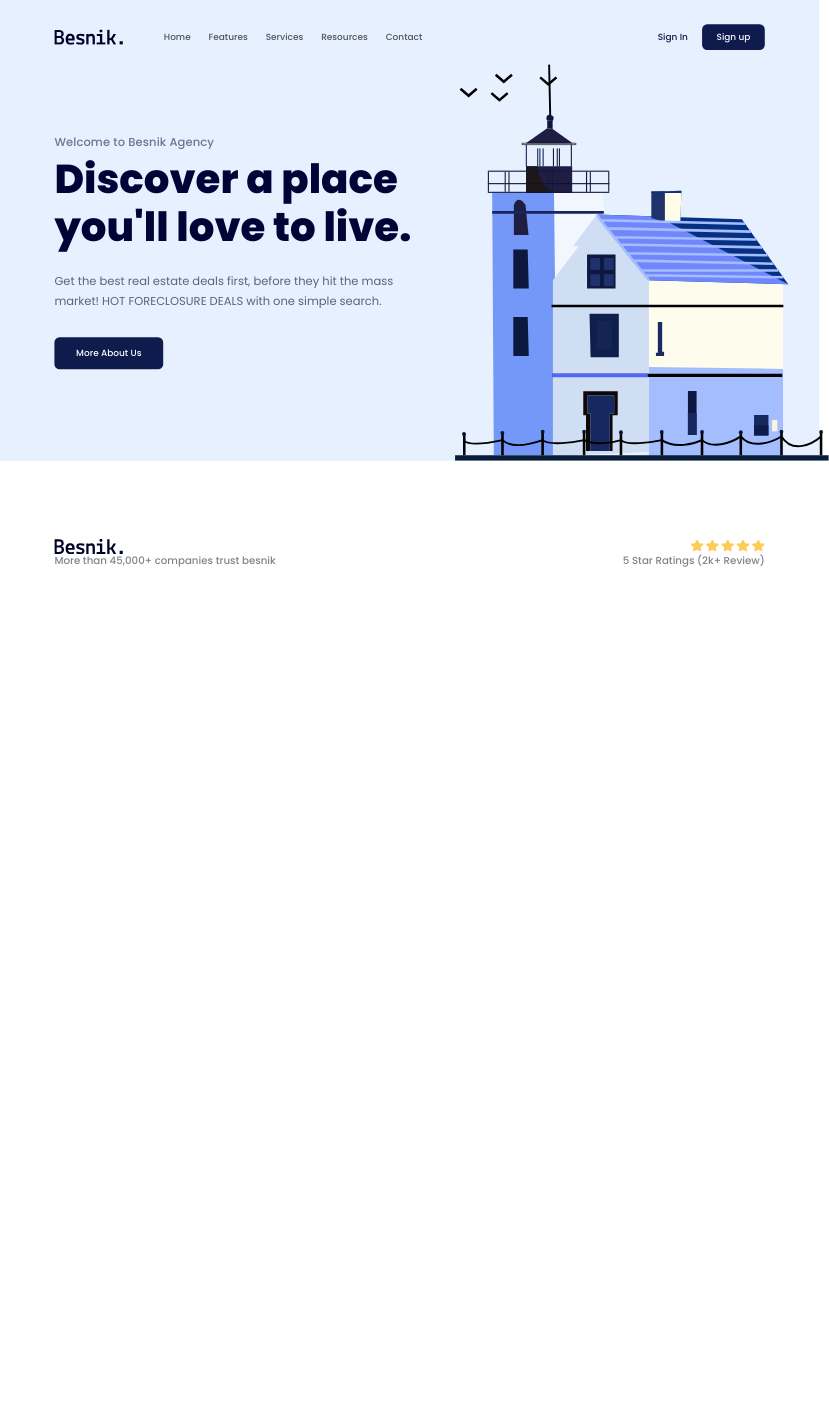
Repository: jessicapaa/F8-Project-01
Page: index.html
An editor plug-in stored every save of this project. The page is shown before and after the next save, followed by the edit.
The browser window is 1280 px wide. The page is 1295 px wide, so the pictures cover 1295 px, including what lies to the right of the window. The pictures show the whole page, at 64% of full size.

Above is the page before, as saved 2024-03-08 09:20:08.

### index.html
<!DOCTYPE html>
<html lang="en">

<head>
    <meta charset="UTF-8">
    <meta name="viewport" content="width=device-width, initial-scale=1.0">
    <title>F8-Project-01</title>
    <link rel="stylesheet" href="./assets/css/reset.css">
    <link rel="stylesheet" href="./assets/fonts/stylesheet.css">
    <link rel="stylesheet" href="./assets/css/styles.css">
</head>

<body>
    <!-- main -->
    <main style="height: 2200px;">

        <!-- header -->
        <header class="header">
            <div class="content">
                <nav class="navbar">
                    <!-- logo -->
                    <img src="./assets/img/logo.svg" alt="Besnik.">

                    <!-- navigation -->
                    <ul>
                        <li><a href="#!">Home</a></li>
                        <li><a href="#!">Features</a></li>
                        <li><a href="#!">Services</a></li>
                        <li><a href="#!">Resources</a></li>
                        <li><a href="#!">Contact</a></li>
                    </ul>

                    <!-- Action -->
                    <div class="actions">
                        <a href="#!" class="action-link">Sign In</a>
                        <a href="#!" class="btn action-btn">Sign up</a>
                    </div>
                </nav>
                <div class="hero">
                    <!-- info  -->
                    <div class="info">
                        <p class="sub-title">Welcome to Besnik Agency</p>
                        <h1 class="title">
                            Discover a place you'll love to live.
                        </h1>
                        <p class="desc">Get the best real estate deals first,
                            before they hit the mass market! HOT FORECLOSURE DEALS with one simple search.</p>
                        <a href="#!" class="btn hero-btn">More About Us</a>
                    </div>

                    <!-- img  -->
                    <img src="./assets/img/hero-img.svg" class="hero-img" alt="Discover a place you'll love to live.">
                </div>
            </div>
        </header>
        <!-- Clients -->
        <div class="clients">
            <div class="content">
                <div class="row">
                    <img src="./assets/img/logo.svg" alt="Besnik.">

                    <!-- Stars -->
                    <div class="stars">
                        <img src="./assets/img/Star.svg" alt="Stars">
                    </div>
                </div>
                <div class="row">
                    <p class="desc">More than 45,000+ companies trust besnik</p>
                    <p class="desc">5 Star Ratings (2k+ Review)</p>
                </div>
            </div>
        </div>
    </main>
</body>

</html>

### assets/fonts/stylesheet.css
@font-face {
    font-family: "Poppins";
    src: url("Poppins/Poppins-BlackItalic.woff2") format("woff2"),
        url("Poppins/Poppins-BlackItalic.woff") format("woff");
    font-weight: 900;
    font-style: italic;
    font-display: swap;
}

@font-face {
    font-family: "Poppins";
    src: url("Poppins/Poppins-Black.woff2") format("woff2"),
        url("Poppins/Poppins-Black.woff") format("woff");
    font-weight: 900;
    font-style: normal;
    font-display: swap;
}

@font-face {
    font-family: "Poppins";
    src: url("Poppins/Poppins-BoldItalic.woff2") format("woff2"),
        url("Poppins/Poppins-BoldItalic.woff") format("woff");
    font-weight: bold;
    font-style: italic;
    font-display: swap;
}

@font-face {
    font-family: "Poppins";
    src: url("Poppins/Poppins-ExtraBold.woff2") format("woff2"),
        url("Poppins/Poppins-ExtraBold.woff") format("woff");
    font-weight: bold;
    font-style: normal;
    font-display: swap;
}

@font-face {
    font-family: "Poppins";
    src: url("Poppins/Poppins-ExtraBoldItalic.woff2") format("woff2"),
        url("Poppins/Poppins-ExtraBoldItalic.woff") format("woff");
    font-weight: bold;
    font-style: italic;
    font-display: swap;
}

@font-face {
    font-family: "Poppins";
    src: url("Poppins/Poppins-ExtraLight.woff2") format("woff2"),
        url("Poppins/Poppins-ExtraLight.woff") format("woff");
    font-weight: 200;
    font-style: normal;
    font-display: swap;
}

@font-face {
    font-family: "Poppins";
    src: url("Poppins/Poppins-ExtraLightItalic.woff2") format("woff2"),
        url("Poppins/Poppins-ExtraLightItalic.woff") format("woff");
    font-weight: 200;
    font-style: italic;
    font-display: swap;
}

@font-face {
    font-family: "Poppins";
    src: url("Poppins/Poppins-Light.woff2") format("woff2"),
        url("Poppins/Poppins-Light.woff") format("woff");
    font-weight: 300;
    font-style: normal;
    font-display: swap;
}

@font-face {
    font-family: "Poppins";
    src: url("Poppins/Poppins-Italic.woff2") format("woff2"),
        url("Poppins/Poppins-Italic.woff") format("woff");
    font-weight: normal;
    font-style: italic;
    font-display: swap;
}

@font-face {
    font-family: "Poppins";
    src: url("Poppins/Poppins-Medium.woff2") format("woff2"),
        url("Poppins/Poppins-Medium.woff") format("woff");
    font-weight: 500;
    font-style: normal;
    font-display: swap;
}

@font-face {
    font-family: "Poppins";
    src: url("Poppins/Poppins-MediumItalic.woff2") format("woff2"),
        url("Poppins/Poppins-MediumItalic.woff") format("woff");
    font-weight: 500;
    font-style: italic;
    font-display: swap;
}

@font-face {
    font-family: "Poppins";
    src: url("Poppins/Poppins-LightItalic.woff2") format("woff2"),
        url("Poppins/Poppins-LightItalic.woff") format("woff");
    font-weight: 300;
    font-style: italic;
    font-display: swap;
}

@font-face {
    font-family: "Poppins";
    src: url("Poppins/Poppins-Regular.woff2") format("woff2"),
        url("Poppins/Poppins-Regular.woff") format("woff");
    font-weight: normal;
    font-style: normal;
    font-display: swap;
}

@font-face {
    font-family: "Poppins";
    src: url("Poppins/Poppins-SemiBold.woff2") format("woff2"),
        url("Poppins/Poppins-SemiBold.woff") format("woff");
    font-weight: 600;
    font-style: normal;
    font-display: swap;
}

@font-face {
    font-family: "Poppins";
    src: url("Poppins/Poppins-SemiBoldItalic.woff2") format("woff2"),
        url("Poppins/Poppins-SemiBoldItalic.woff") format("woff");
    font-weight: 600;
    font-style: italic;
    font-display: swap;
}

@font-face {
    font-family: "Poppins";
    src: url("Poppins/Poppins-Thin.woff2") format("woff2"),
        url("Poppins/Poppins-Thin.woff") format("woff");
    font-weight: 100;
    font-style: normal;
    font-display: swap;
}

@font-face {
    font-family: "Poppins";
    src: url("Poppins/Poppins-ThinItalic.woff2") format("woff2"),
        url("Poppins/Poppins-ThinItalic.woff") format("woff");
    font-weight: 100;
    font-style: italic;
    font-display: swap;
}

### assets/css/styles.css
* {
    box-sizing: border-box;
}
html {
    font-size: 62.5%;
}
:root {
    --primary-color: #0f1b4c;
}
body {
    font-size: 1.6rem;
    /* font-family: ; */
    font-family: "Poppins";
}
/* common */
.content {
    width: 1110px;
    max-width: calc(100% - 48px);
    margin-left: auto;
    margin-right: auto;
}

a {
    text-decoration: none;
}

.btn {
    display: inline-block;
    min-width: 98px;
    background: var(--primary-color);
    border-radius: 8px;
    font-size: 1.4rem;
    font-weight: 500;
    text-align: center;
    color: #fff;
    padding: 18px 16px;
}
.btn:hover {
    opacity: 0.9;
}

/* css header */
.header {
    height: 100vh;
    background: #e6f0ff;
    position: relative;
}

.navbar {
    display: flex;
    align-items: center;
    padding-top: 38px;
}

.navbar ul {
    display: flex;
    margin-left: 50px;
}

.navbar .actions {
    margin-left: auto;
}

.navbar ul a {
    font-weight: 500;
    font-size: 1.4rem;
    color: #4f5361;
    padding: 8px 14px;
}

.navbar .action-link {
    font-weight: 500;
    font-size: 1.4rem;
    color: var(--primary-color);
}

.navbar .action-btn {
    padding: 13px 16px;
    margin-left: 18px;
}

/* css hero */

.hero {
    margin-top: 130px;
}
.hero .info {
    width: 51%;
}

.hero .sub-title {
    color: #687690;
    font-size: 1.8rem;
    font-weight: 500;
    line-height: 1.5;
    letter-spacing: 0.018rem;
}

.hero .title {
    margin-top: 8px;
    font-weight: 700;
    font-size: 6.3rem;
    line-height: 1.19; /* 118.75% */
    color: #000336;
}

.hero .desc {
    margin-top: 30px;
    color: #5a6473;
    font-size: 1.8rem;
    font-weight: 400;
    line-height: 3.2rem; /* 177.778% */
    transform: capitalize;
}
.hero-btn {
    margin-top: 40px;
    min-width: 17rem;
    text-align: center;
}
.hero-img {
    position: absolute;
    right: calc((100vw - 1110px) / 2 - 100px);
    bottom: 0;
}

/* Clients */

.clients {
    margin-top: 122px;
}
.clients .row {
    display: flex;
    align-items: center;
    justify-content: space-between;
}
.clients .desc {
    font-weight: 500;
    font-size: 1.6rem;
    line-height: 1.25;
    color: #7d8589;
}

Loaded but not shown: assets/css/reset.css (common file)

After the next save:
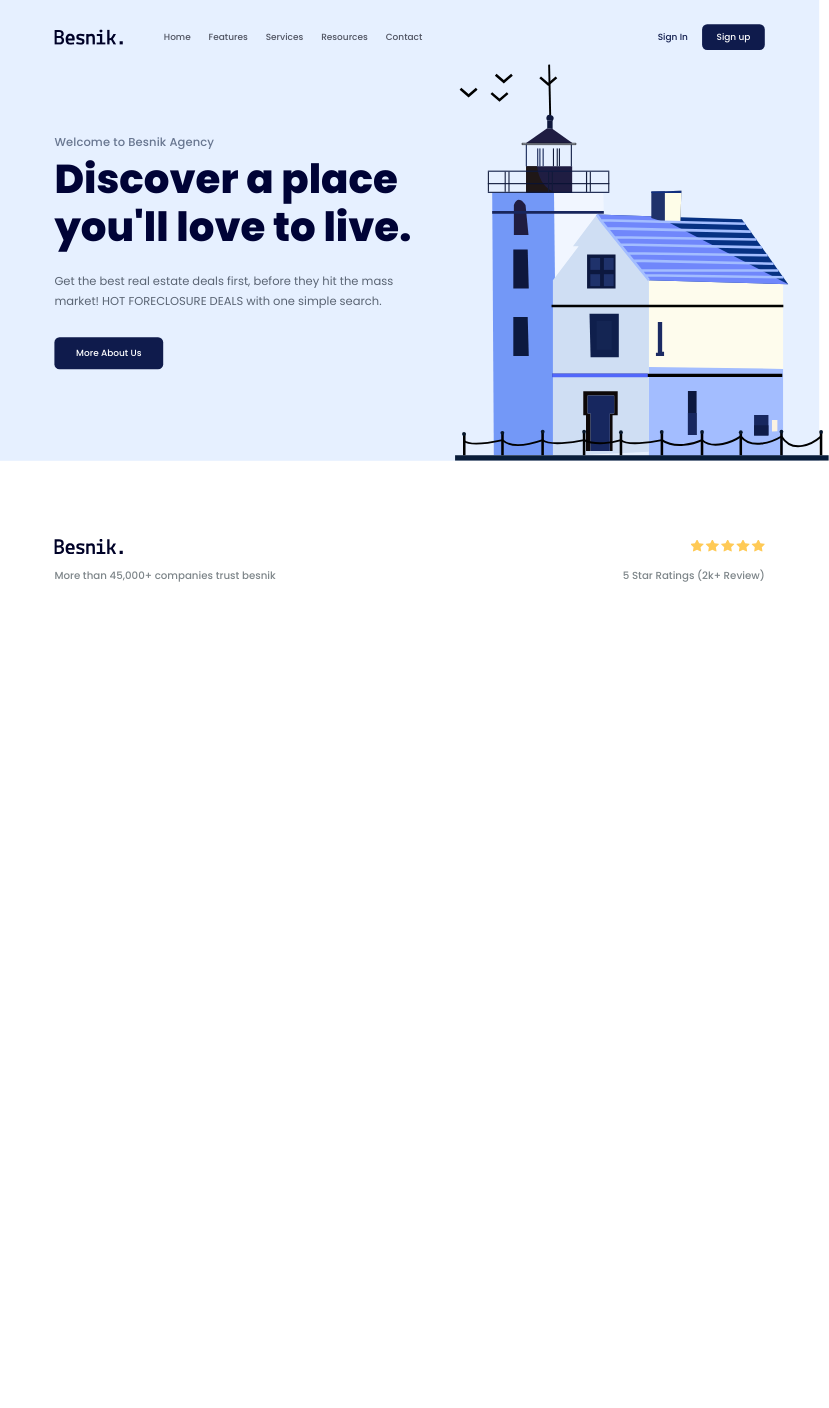
Saved 10 s later.
--- a/assets/css/styles.css
+++ b/assets/css/styles.css
@@ -134,6 +134,7 @@
     justify-content: space-between;
 }
 .clients .desc {
+    margin-top: 23px;
     font-weight: 500;
     font-size: 1.6rem;
     line-height: 1.25;

After the save that followed:
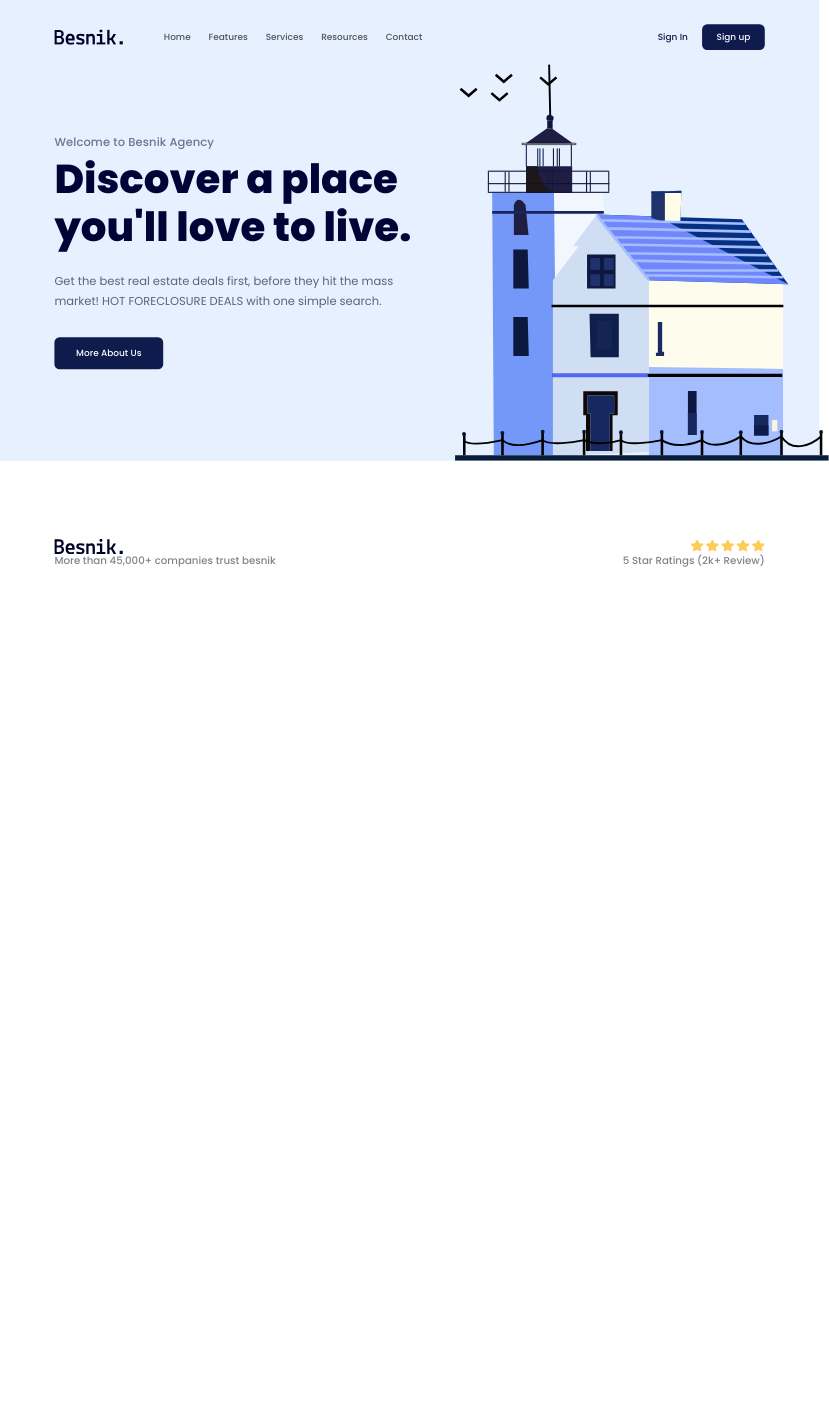
Saved 4 s later.
--- a/assets/css/styles.css
+++ b/assets/css/styles.css
@@ -134,7 +134,6 @@
     justify-content: space-between;
 }
 .clients .desc {
-    margin-top: 23px;
     font-weight: 500;
     font-size: 1.6rem;
     line-height: 1.25;
